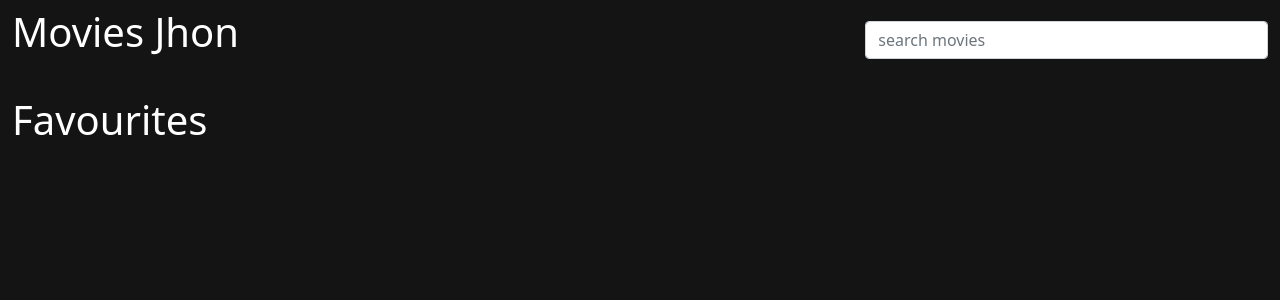
Repository: jhonenmanuel1/movies-get-info-fetch
Page: /
The author's editor kept a copy of each file at every save. The page is drawn from the files as they stood at one save, then again after a run of saves.
The browser window is 1280 px wide. The pictures show the whole page.
The page's requests for data from a server got no answer. The project was rebuilt for these pictures with package versions that can differ from the ones it lists, and the page was loaded fresh each time. No one was signed in, and anything a server would have sent is missing. Also part of the build but not shown: src/components/AddFavorites.js.

Above is the page before, as saved 2022-06-20 17:02:44.

### src/App.js
import React, { useCallback, useEffect, useState } from "react";
import "bootstrap/dist/css/bootstrap.min.css";
import "./App.css";
import MovieList from "./components/MoviesList";
import MovieListHeading from "./components/MovieListHeading";
import SearchBox from "./components/SearchBox";
import AddFavourite from "./components/AddFavorites";

const App = () => {
  const [movies, setMovies] = useState([]);
  const [search, setSearch] = useState("");
  const [favourites, setFavourites] = useState([]);

  const getMovies = async (search) => {
    const url = `http://www.omdbapi.com/?s=${search}&apikey=263d22d8`;
    const response = await fetch(url);
    const responseJson = await response.json();
    console.log(responseJson);

    if (responseJson.Search) {
      setMovies(responseJson.Search);
    }
  };
  useEffect(() => {
    getMovies(search);
  }, [search]);

  const addFavouriteMovie = (movie) => {
    const newFavouriteList = [...favourites, movie];
    setFavourites(newFavouriteList);
  };

  return (
    <>
      <div className="container-fluid movie-app">
        <div className="row d-flex align-items-center mt-2 mb-4">
          <MovieListHeading heading="Movies Jhon" />
          <SearchBox searchValue={search} setSearchValue={setSearch} />
          <div></div>
        </div>
        <div className="list ">
          <MovieList
            movies={movies}
            handlesFavouriteClick={addFavouriteMovie}
            favouriteComponent={AddFavourite}
          />
        </div>
        <div className="row d-flex align-items-center mt-2 mb-4">
          <MovieListHeading heading="Favourites" />
          <div></div>
        </div>
        <div className="list ">
          <MovieList
            movies={favourites}
            handlesFavouriteClick={addFavouriteMovie}
            favouriteComponent={AddFavourite}
          />
        </div>
      </div>
    </>
  );
};

export default App;

### src/App.css
body {
    background:#141414 ;
    color:#ffff
}
.movie-app{

}

.movie-app > .list {
    display: flex;
    overflow-x:  scroll;
    flex-wrap: nowrap;


}
.image-container{
    position: relative;
    transition: transform 0.2s;

}
.image-container:hover{
    cursor: pointer;
    transform: scale(1.1);
}
.image-container:hover .overlay{
    opacity: 1;

}
.overlay{
    position: absolute;
    background: rgba(0,0,0,0);
    width: 100%;
    transition: 0.5s ease;
    opacity: 0;
    bottom: 0;
    font-size: 20px;
    text-align: center;
}

### src/components/MoviesList.js
import React from "react";

export default function MovieList(props) {
    const FavouriteComponent = props.favouriteComponent
  return (
    <>
      {props.movies.map((movie, index) => (
        <div   className="image-container d-flec justify-content-start m-3">
          <img key={index} src={movie?.Poster} alt="See Movies Poster"></img>
          <div onClick={()=>props.handlesFavouriteClick(movie)} className="overlay d-flex align-items-center justify-content-center align-items-center">
          <FavouriteComponent/>
          </div>

        </div>
      ))}
    </>
  );
}

### src/components/MovieListHeading.js
import React from "react";

export default function MovieListHeading(props) {
  return (
    <>
      <div className="col">
        <h1>{props.heading}</h1>

      </div>
    </>
  );
}

### src/components/searchbox.js
import React from "react";

export default function SearchBox(props) {
  return (
    <div className="col col-sm-4 mt-2">
      <input
        className="form-control"
        placeholder="search movies"
        value={props.value}
        onChange={(event)=>{
            props.setSearchValue(event.target.value)
        }}
      ></input>
    </div>
  );
}

### src/components/RemoveFavourites.js
import React from "react";

const RemoveFavourites = () => {
  return (
    <>
      <span className="mr-2">Remove from Favourites</span>
      <svg
        width="1em"
        height="1em"
        viewBox="0 0 16 16"
        class="bi bi-x-square"
        fill="currentColor"
        xmlns="http://www.w3.org/2000/svg"
      >
        <path
          fill-rule="evenodd"
          d="M14 1H2a1 1 0 0 0-1 1v12a1 1 0 0 0 1 1h12a1 1 0 0 0 1-1V2a1 1 0 0 0-1-1zM2 0a2 2 0 0 0-2 2v12a2 2 0 0 0 2 2h12a2 2 0 0 0 2-2V2a2 2 0 0 0-2-2H2z"
        />
        <path
          fill-rule="evenodd"
          d="M4.646 4.646a.5.5 0 0 1 .708 0L8 7.293l2.646-2.647a.5.5 0 0 1 .708.708L8.707 8l2.647 2.646a.5.5 0 0 1-.708.708L8 8.707l-2.646 2.647a.5.5 0 0 1-.708-.708L7.293 8 4.646 5.354a.5.5 0 0 1 0-.708z"
        />
      </svg>
    </>
  );
};

export default {RemoveFavourites};

Loaded but not shown: public/index.html (common file); src/index.js (common file)

After the next 4 saves:
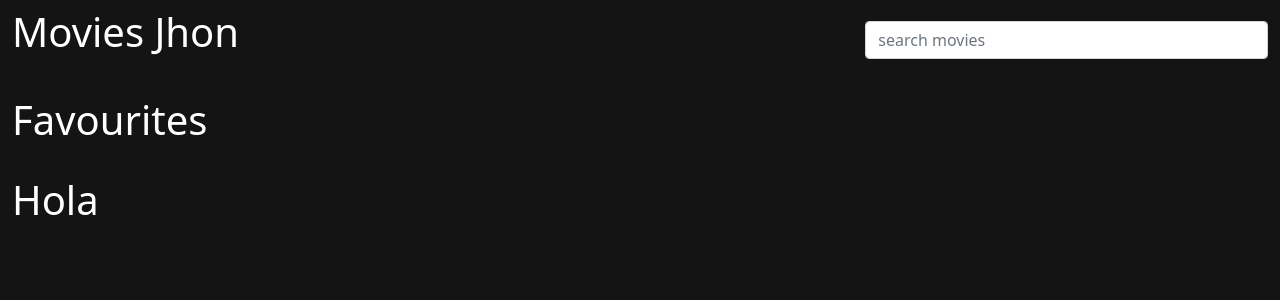
The 4 saves are shown as one change because 3 did not build or start.
The last was saved 3 min 16 s later.
--- a/src/App.js
+++ b/src/App.js
@@ -5,6 +5,7 @@ import MovieList from "./components/MoviesList";
 import MovieListHeading from "./components/MovieListHeading";
 import SearchBox from "./components/SearchBox";
 import AddFavourite from "./components/AddFavorites";
+import RemoveFavourites from "./components/RemoveFavourites";
 
 const App = () => {
   const [movies, setMovies] = useState([]);
@@ -55,6 +56,7 @@ const App = () => {
             handlesFavouriteClick={addFavouriteMovie}
             favouriteComponent={AddFavourite}
           />
+          <RemoveFavourites/>
         </div>
       </div>
     </>
--- a/src/components/RemoveFavourites.js
+++ b/src/components/RemoveFavourites.js
@@ -1,28 +1,9 @@
 import React from "react";
-
-const RemoveFavourites = () => {
+export default function RemoveFavourites(){
   return (
     <>
-      <span className="mr-2">Remove from Favourites</span>
-      <svg
-        width="1em"
-        height="1em"
-        viewBox="0 0 16 16"
-        class="bi bi-x-square"
-        fill="currentColor"
-        xmlns="http://www.w3.org/2000/svg"
-      >
-        <path
-          fill-rule="evenodd"
-          d="M14 1H2a1 1 0 0 0-1 1v12a1 1 0 0 0 1 1h12a1 1 0 0 0 1-1V2a1 1 0 0 0-1-1zM2 0a2 2 0 0 0-2 2v12a2 2 0 0 0 2 2h12a2 2 0 0 0 2-2V2a2 2 0 0 0-2-2H2z"
-        />
-        <path
-          fill-rule="evenodd"
-          d="M4.646 4.646a.5.5 0 0 1 .708 0L8 7.293l2.646-2.647a.5.5 0 0 1 .708.708L8.707 8l2.647 2.646a.5.5 0 0 1-.708.708L8 8.707l-2.646 2.647a.5.5 0 0 1-.708-.708L7.293 8 4.646 5.354a.5.5 0 0 1 0-.708z"
-        />
-      </svg>
+      <h1>Hola</h1>
+
     </>
   );
 };
-
-export default {RemoveFavourites};
